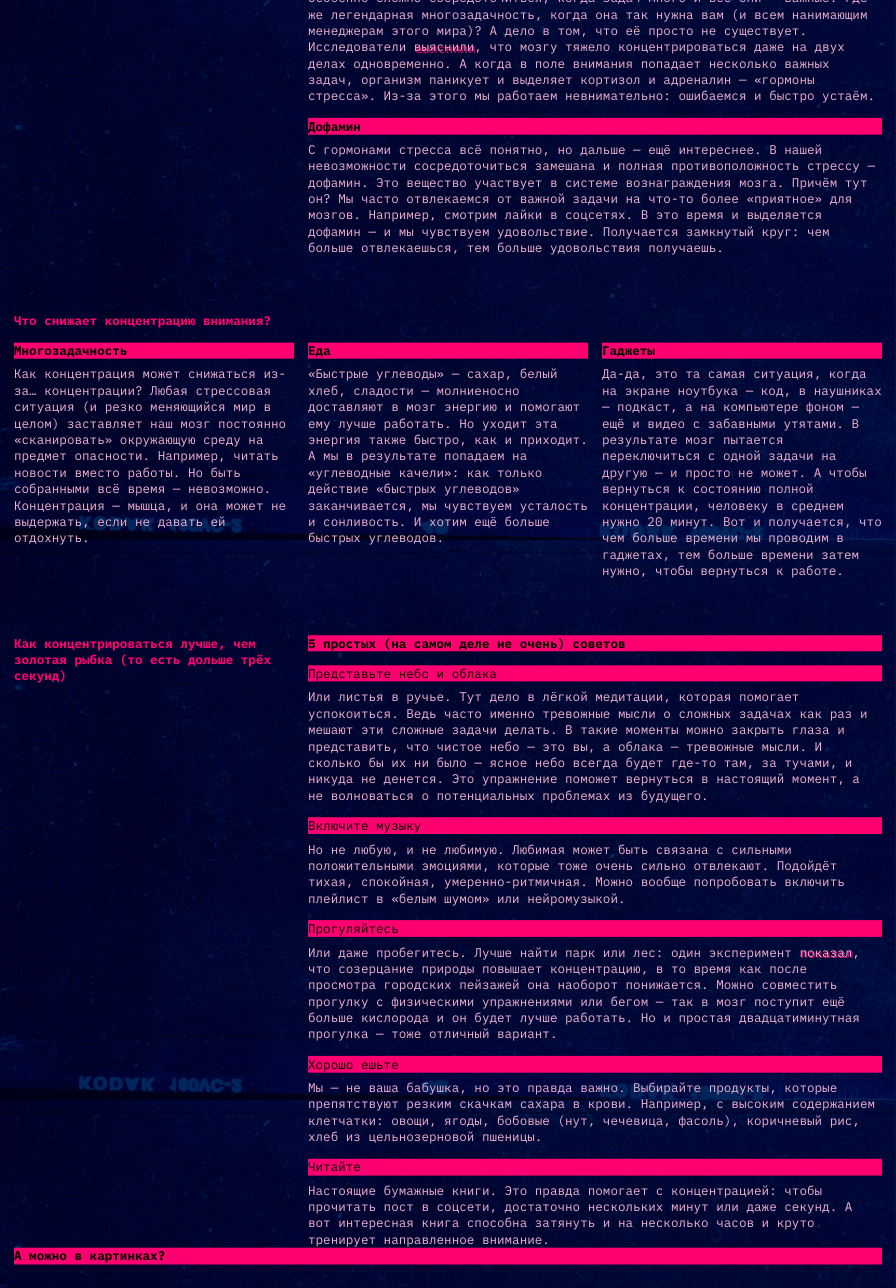
Repository: Hadoooouken/slozhno-sosredotochitsya
Page: index.html
An editor plug-in stored every save of this project. The page is shown before and after the next save, followed by the edit.
The browser window is 1280 px wide. The pictures show the part of the page from y = 828 to 2748 px (the page is 2668 px tall before and 2748 px after), at 70% of full size.
Backgrounds fixed to the window are drawn as part of the page.

Above is the page before, as saved 2024-01-22 16:35:52.

### index.html
<!DOCTYPE html>
<html lang="ru">
  <head>
    <meta charset="UTF-8" />
    <meta http-equiv="X-UA-Compatible" content="IE=edge" />
    <meta name="viewport" content="width=device-width, initial-scale=1.0" />
    <meta name="color-scheme" content="dark light" />
    <link rel="icon" href="images/favicon.svg" sizes="any" />
    <link rel="stylesheet" href="fonts/fonts.css" />
    <link rel="stylesheet" href="styles/globals.css" />
    <link rel="stylesheet" href="./styles/variables.css" />
    <link rel="stylesheet" href="scripts/script.js" />
    <link rel="stylesheet" href="./styles/style.css" />
    <link rel="stylesheet" href="./styles/dark.css" />
    <link rel="stylesheet" href="./styles/light.css" />
    <title>Сложно сосредоточиться</title>
  </head>
  <body class="page">
    <header class="header decorated-zone">
      <div class="decoration-element" aria-hidden="true"></div>
      <nav class="header__theme-menu">
        <ul class="header__theme-menu-list">
          <li class="header__theme-menu-item">
            <button
              class="header__theme-menu-button header__theme-menu-button_type_light"
            >
              День
            </button>
          </li>
          <li class="header__theme-menu-item">
            <button
              class="header__theme-menu-button header__theme-menu-button_active header__theme-menu-button_type_auto"
              disabled
            >
              Авто
            </button>
          </li>
          <li class="header__theme-menu-item">
            <button
              class="header__theme-menu-button header__theme-menu-button_type_dark"
            >
              Неон
            </button>
          </li>
        </ul>
      </nav>
      <h1 class="header__title">no focus</h1>
      <div class="header__text title_decor">
        <p>
          Что делать, когда не можешь делать ничего Или&nbspпочему нам так
          сложно сконцентрироваться, особенно когда очень надо
        </p>
      </div>
    </header>
    <main class="main">
      <section class="section">
        <article class="Focus__block">
          <h2 class="column__title">Почему сосредоточиться так сложно</h2>

          <div>
            <h2 class="right__column title_decor">Многозадачность</h2>
            <p class="right__pharahraph">
              Особенно сложно сосредоточиться, когда задач много и все они —
              важные. Где же легендарная многозадачность, когда она так нужна
              вам (и всем нанимающим менеджерам этого мира)? А дело в том, что
              её просто не существует. Исследователи
              <a
                class="paragraph__link"
                href="https://dana.org/article/multicosts-of-multitasking/"
                >выяснили</a
              >, что мозгу тяжело концентрироваться даже на двух делах
              одновременно. А когда в поле внимания попадает несколько важных
              задач, организм паникует и выделяет кортизол и адреналин —
              «гормоны стресса». Из-за этого мы работаем невнимательно:
              ошибаемся и быстро устаём.
            </p>
            <h2 class="right__column title_decor">Дофамин</h2>
            <p class="right__pharahraph">
              С гормонами стресса всё понятно, но дальше — ещё интереснее. В
              нашей невозможности сосредоточиться замешана и полная
              противоположность стрессу — дофамин. Это вещество участвует в
              системе вознаграждения мозга. Причём тут он? Мы часто отвлекаемся
              от важной задачи на что-то более «приятное» для мозгов. Например,
              смотрим лайки в соцсетях. В это время и выделяется дофамин — и мы
              чувствуем удовольствие. Получается замкнутый круг: чем больше
              отвлекаешься, тем больше удовольствия получаешь.
            </p>
          </div>
        </article>
      </section>
      <section class="section">
        <article class="concentration__block">
          <div class="concentration">
            <h2 class="column__title">Что снижает концентрацию внимания?</h2>
          </div>

          <div class="multitasking">
            <h2 class="right__column title_decor">Многозадачность</h2>
            <p class="right__pharahraph">
              Как концентрация может снижаться из-за… концентрации? Любая
              стрессовая ситуация (и резко меняющийся мир в целом) заставляет
              наш мозг постоянно «сканировать» окружающую среду на предмет
              опасности. Например, читать новости вместо работы. Но быть
              собранными всё время — невозможно. Концентрация — мышца, и она
              может не выдержать, если не давать ей отдохнуть.
            </p>
          </div>
          <div class="eat">
            <h2 class="right__column title_decor">Еда</h2>
            <p class="right__pharahraph">
              «Быстрые углеводы» — сахар, белый хлеб, сладости — молниеносно
              доставляют в мозг энергию и помогают ему лучше работать. Но уходит
              эта энергия также быстро, как и приходит. А мы в результате
              попадаем на «углеводные качели»: как только действие «быстрых
              углеводов» заканчивается, мы чувствуем усталость и сонливость. И
              хотим ещё больше быстрых углеводов.
            </p>
          </div>
          <div class="gadgets">
            <h2 class="right__column title_decor">Гаджеты</h2>
            <p class="right__pharahraph">
              Да-да, это та самая ситуация, когда на экране ноутбука — код, в
              наушниках — подкаст, а на компьютере фоном — ещё и видео с
              забавными утятами. В результате мозг пытается переключиться с
              одной задачи на другую — и просто не может. А чтобы вернуться к
              состоянию полной концентрации, человеку в среднем нужно 20 минут.
              Вот и получается, что чем больше времени мы проводим в гаджетах,
              тем больше времени затем нужно, чтобы вернуться к работе.
            </p>
          </div>
        </article>
      </section>
      <section class="section">
        <article class="how__block">
          <h2 class="column__title">
            Как концентрироваться лучше, чем золотая рыбка (то есть дольше трёх
            секунд)
          </h2>
          <div>
            <h2 class="right__column title_decor">
              5 простых (на самом деле не очень) советов
            </h2>
            <h2 class="concentration__title title_decor">Представьте небо и облака</h2>
            <p class="right__pharahraph2">
              Или листья в ручье. Тут дело в лёгкой медитации, которая помогает
              успокоиться. Ведь часто именно тревожные мысли о сложных задачах
              как раз и мешают эти сложные задачи делать. В такие моменты можно
              закрыть глаза и представить, что чистое небо — это вы, а облака —
              тревожные мысли. И сколько бы их ни было — ясное небо всегда будет
              где-то там, за тучами, и никуда не денется. Это упражнение поможет
              вернуться в настоящий момент, а не волноваться о потенциальных
              проблемах из будущего.
            </p>
            <h2 class="concentration__title title_decor">Включите музыку</h2>
            <p class="right__pharahraph2">
              Но не любую, и не любимую. Любимая может быть связана с сильными
              положительными эмоциями, которые тоже очень сильно отвлекают.
              Подойдёт тихая, спокойная, умеренно-ритмичная. Можно вообще
              попробовать включить плейлист в «белым шумом» или нейромузыкой.
            </p>
            <h2 class="concentration__title title_decor">Прогуляйтесь</h2>
            <p class="right__pharahraph2">
              Или даже пробегитесь. Лучше найти парк или лес: один эксперимент
              <a
                class="paragraph__link"
                href="https://www.sciencedirect.com/science/article/abs/pii/S0272494415000328"
                >показал</a
              >, что созерцание природы повышает концентрацию, в то время как
              после просмотра городских пейзажей она наоборот понижается. Можно
              совместить прогулку с физическими упражнениями или бегом — так в
              мозг поступит ещё больше кислорода и он будет лучше работать. Но и
              простая двадцатиминутная прогулка — тоже отличный вариант.
            </p>
            <h2 class="concentration__title title_decor">Хорошо ешьте</h2>
            <p class="right__pharahraph2">
              Мы — не ваша бабушка, но это правда важно. Выбирайте продукты,
              которые препятствуют резким скачкам сахара в крови. Например, с
              высоким содержанием клетчатки: овощи, ягоды, бобовые (нут,
              чечевица, фасоль), коричневый рис, хлеб из цельнозерновой пшеницы.
            </p>
            <h2 class="concentration__title title_decor">Читайте</h2>
            <p class="right__pharahraph2">
              Настоящие бумажные книги. Это правда помогает с концентрацией:
              чтобы прочитать пост в соцсети, достаточно нескольких минут или
              даже секунд. А вот интересная книга способна затянуть и на
              несколько часов и круто тренирует направленное внимание.
            </p>
          </div>
        </article>
      </section>
      <section class="gallery section">
        <h2 class="right__column title_decor">А можно в картинках?</h2>
      </section>
      <
    </main>

    <script src="./scripts/script.js"></script>
  </body>
</html>

### styles/globals.css
/* Глобальные стили для проекта, их можно дополнять и менять по желанию */

*,
*::before,
*::after {
  box-sizing: border-box;
}

body {
  min-inline-size: 375px;
  max-inline-size: 1440px;
  margin: 0 auto;

}

h1,
h2,
h3,
h4,
h5,
h6,
p {
  margin: 0;
}

ul {
  margin: 0;
  padding: 0;
  list-style: none;
}

picture {
  margin: 0;
  padding: 0;
}

button,
a {
  color: currentColor;
  font-family: inherit;
  font-size: inherit;
  line-height: inherit;
}

### styles/variables.css
:root {/*
  Переменные для вашего проекта
  и их переопределение под различные устройства
*/
--main-font:'IBM Plex mono' sans-serif;
--title-color:#DB00FF;
--main-color:
--subtitle-color:#000028;
--text-color: #F1B2CE;
--section-title: #FF0070;
--bg-color: #000028;
--section-color: #FF0070;
/*--hover: #FF0070;*/
--hover: rgb(255 0 112 / 0.4);
--link-color: #FF0070;




}

### scripts/script.js
const themeButtons = document.querySelectorAll('.header__theme-menu-button');

themeButtons.forEach((button) => {
  button.addEventListener('click', () => {
    themeButtons.forEach((btn) => {
      btn.classList.remove('header__theme-menu-button_active');
      btn.removeAttribute('disabled');
    });
    if (
      [...button.classList].includes('header__theme-menu-button_type_light')
    ) {
      changeTheme('light');
    } else if (
      [...button.classList].includes('header__theme-menu-button_type_dark')
    ) {
      changeTheme('dark');
    } else {
      changeTheme('auto');
    }
    button.classList.add('header__theme-menu-button_active');
    button.setAttribute('disabled', true);
  });
});

function changeTheme(theme) {
  document.body.className = 'page';
  document.body.classList.add(`theme_${theme}`);
  localStorage.setItem('theme', theme);
}

function initTheme() {
  const theme = localStorage.getItem('theme');
  if (theme) {
    changeTheme(theme);
    themeButtons.forEach((btn) => {
      btn.classList.remove('header__theme-menu-button_active');
      btn.removeAttribute('disabled');
    });
    document
      .querySelector(`.header__theme-menu-button_type_${theme}`)
      .classList.add('header__theme-menu-button_active');
    document
      .querySelector(`.header__theme-menu-button_type_${theme}`)
      .setAttribute('disabled', true);
  }
}

initTheme();

### styles/style.css
/* Основные стили проекта. Это стили для темы, которую вы верстаете первой. */

.page {
  /* сохраните в разметке и стилях класс page. На его основе работает скрипт. */

  background-color: var(--bg-color);
  background-image: url(/images/cover-image-dark.png);
  background-attachment: fixed;
  background-position: center;
  background-size: cover;
  font-family: "IBM Plex mono";
  font-size: 18px;
}
.section {
  padding: 0px 20px;
}

.header {
  position: relative;
  block-size: 100vh;
  min-height: 375px;
  height: 100vh;
  padding: 20px;
  display: grid;
  grid-template-rows: 1fr min-content 1fr;
  justify-items: start;
}

.decorated-zone::before {
  content: "";
  position: absolute;
  border-top: 1px solid #ff0070;
  border-right: 1px solid #ff0070;
  right: 20px;
  top: 20px;
  width: 25px;
  height: 25px;
}

.decorated-zone::after {
  content: "";
  position: absolute;
  border-bottom: 1px solid #ff0070;
  border-left: 1px solid #ff0070;
  left: 20px;
  bottom: 20px;
  width: 25px;
  height: 25px;
}
.decoration-element {
  position: absolute;
  right: 48px;
  top: 21px;
}

.decoration-element::before {
  content: "REC";
  color: #ff0070;
  font-family: inherit;
  display: inline-block;
}

.decoration-element::after {
  content: "";
  background-color: #ff0070;
  width: 9px;
  height: 9px;
  border-radius: 50%;
  display: inline-block;
  box-shadow: 0px 0px 4px 2px #ff0070;
  top: 6px;
  left: 42px;
  position: absolute;
}

.header__title {
  font-family: var(--main-font);
  font-size: clamp(7.5rem, 0.5625rem + 14.4531vw, 9.8125rem);
  color: var(--title-color);
  line-height: 82.5%; /* 129.525px */
  text-shadow: 4px 4px 0 var(--section-title);
  margin-left: -20px;
}

.header__theme-menu {
  justify-self: center;
}

.header__text {
  font-size: 18px;
  justify-self: end;
  width: 50%; /*под вопросом*/
  align-self: center;
  font-weight: 700;
  color: var(--subtitle-color);
  line-height: 23.4px;
}

.title_decor {
  background-color: var(--section-title);
}

.header__theme-menu-list {
  display: flex;
  justify-content: center;
  gap: 10px;
}

.header__theme-menu-button {
  background-color: transparent;
  color: var(--section-title);
  border: none;
  text-transform: lowercase;
  line-height: 18px;
  padding: 2px 13px;
  cursor: pointer;
}

.header__theme-menu-button:focus {
  outline: none;
}

.header__theme-menu-button:focus-visible {
  text-decoration: underline;
  outline: none;
  color: var(--section-title);
}

.header__theme-menu-button:hover {
  outline: 1px solid var(--hover);
}



.header__theme-menu-button_active {
  pointer-events: none;
  outline: 1px solid var(--section-title);
}

.main {
  padding-top: 60px;
}

.Focus__block {
  display: grid;
  grid-template-columns: 1fr 2fr;
  gap: 10px;
}

.column__title {
  font-weight: 700;
  color: var(--section-color);
  font-size: inherit;
  line-height: 23.4px;
}

.right__column {
  font-size: inherit;
  line-height: 23.4px;
  margin-bottom: 10px;
  font-weight: 700;
}

.right__pharahraph {
  font-size: inherit;
  line-height: 23.4px;
  color: var(--text-color);
  font-weight: 400;
  margin-bottom: 20px;
}
.right__pharahraph:last-child {
  margin-bottom: 0px;
}

.paragraph__link {
  text-decoration: none;
  cursor: pointer;
  text-shadow: 2px 2px 0 var(--section-title);
}

.paragraph__link:hover {
  border-bottom: 1px solid var(--text-color);
}

.paragraph__link:focus {
  outline: none;
}

.paragraph__link:focus-visible {
  outline: 1px solid var(--text-color);
  color: var(--section-title);
  outline-offset: 0px;
}

.concentration__block {
  padding-top: 80px;
  display: grid;
  grid-template-columns: repeat(3, 1fr);
  grid-template-rows: repeat(2, min-content);
  grid-column-gap: 20px;
  grid-row-gap: 20px;

  grid-template-areas:
    "concentration unset unset"
    "multitasking eat gadgets";
}

.concentration {
  grid-area: concentration;
}

.multitasking {
  grid-area: multitasking;
}
.eat {
  grid-area: eat;
}

.gadgets {
  grid-area: gadgets;
}

.how__block {
  padding-top: 80px;
  display: grid;
  grid-template-columns: 1fr 2fr;
  grid-column-gap: 10px;
}

.concentration__title {
  font-weight: 400;
  font-size: inherit;
  line-height: 23.4px;
  margin-top: 20px;
}

.right__pharahraph2 {
  font-size: inherit;
  line-height: 23.4px;
  color: var(--text-color);
  font-weight: 400;
  margin-top: 10px;
}

.gallery {
  padding-top: ;

}

### styles/dark.css
/*
  Специально для тёмной темы при наличии класса,
  здесь окажутся стили, которые нужно переопределить принудительно,
  переключая тему
*/

.page.theme_dark {
  /* сохраните этот селектор в приведённом виде.
    Так стили написанные ниже будут иметь больший вес,
    чем стили в медиазапросе предпочтений пользователя
  */
--main-font:'IBM Plex mono' sans-serif;
--title-color:#DB00FF;
--subtitle-color:#000028;
--text-color: #F1B2CE;
--section-title: #FF0070;
--link-color: #FF0070;

}

Loaded but not shown: fonts/fonts.css (common file); styles/light.css (common file)

After the next save:
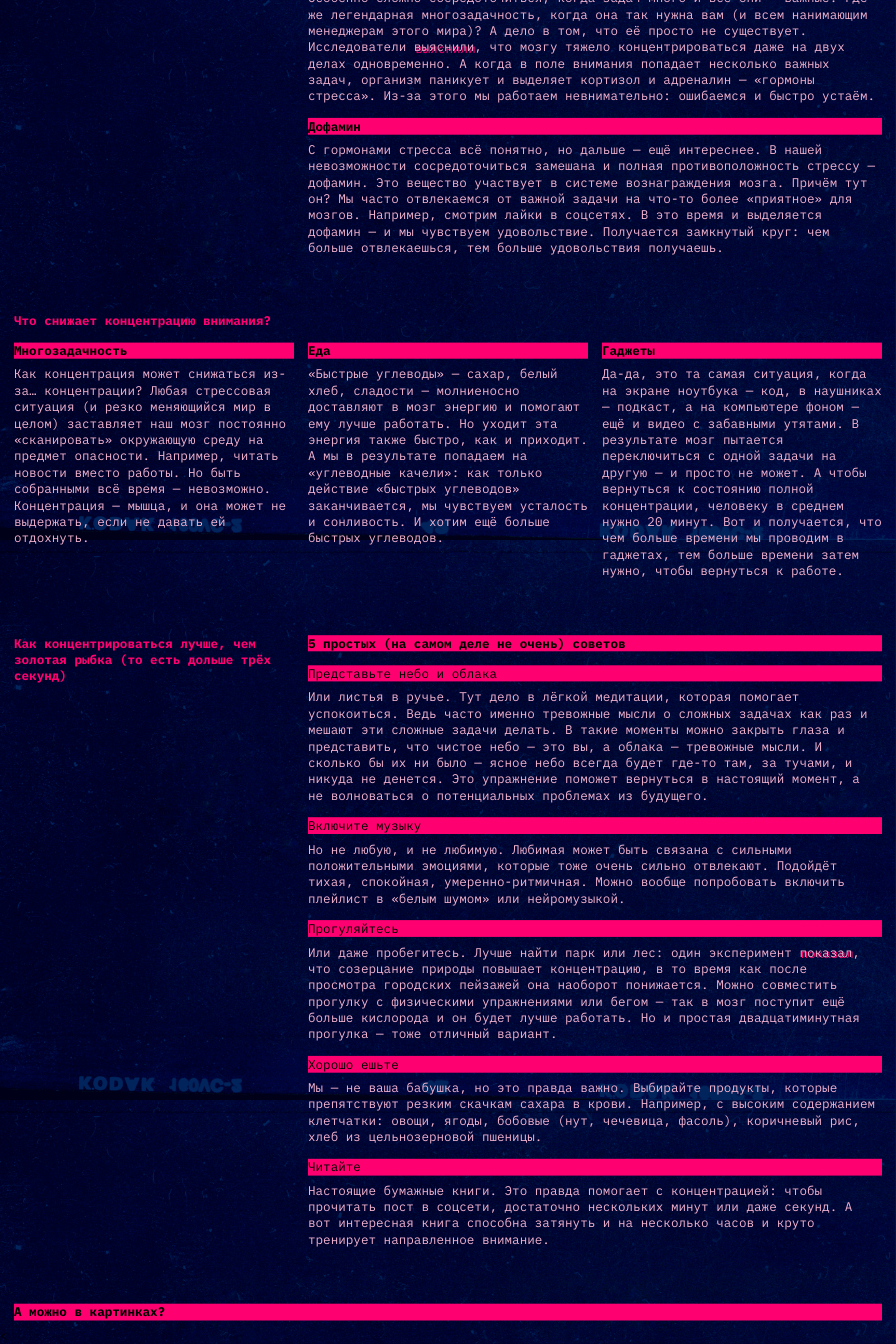
Saved 6 s later.
--- a/styles/style.css
+++ b/styles/style.css
@@ -243,6 +243,6 @@
 }
 
 .gallery {
-  padding-top: ;
-
-}
+  padding-top: 80px;
+
+}
